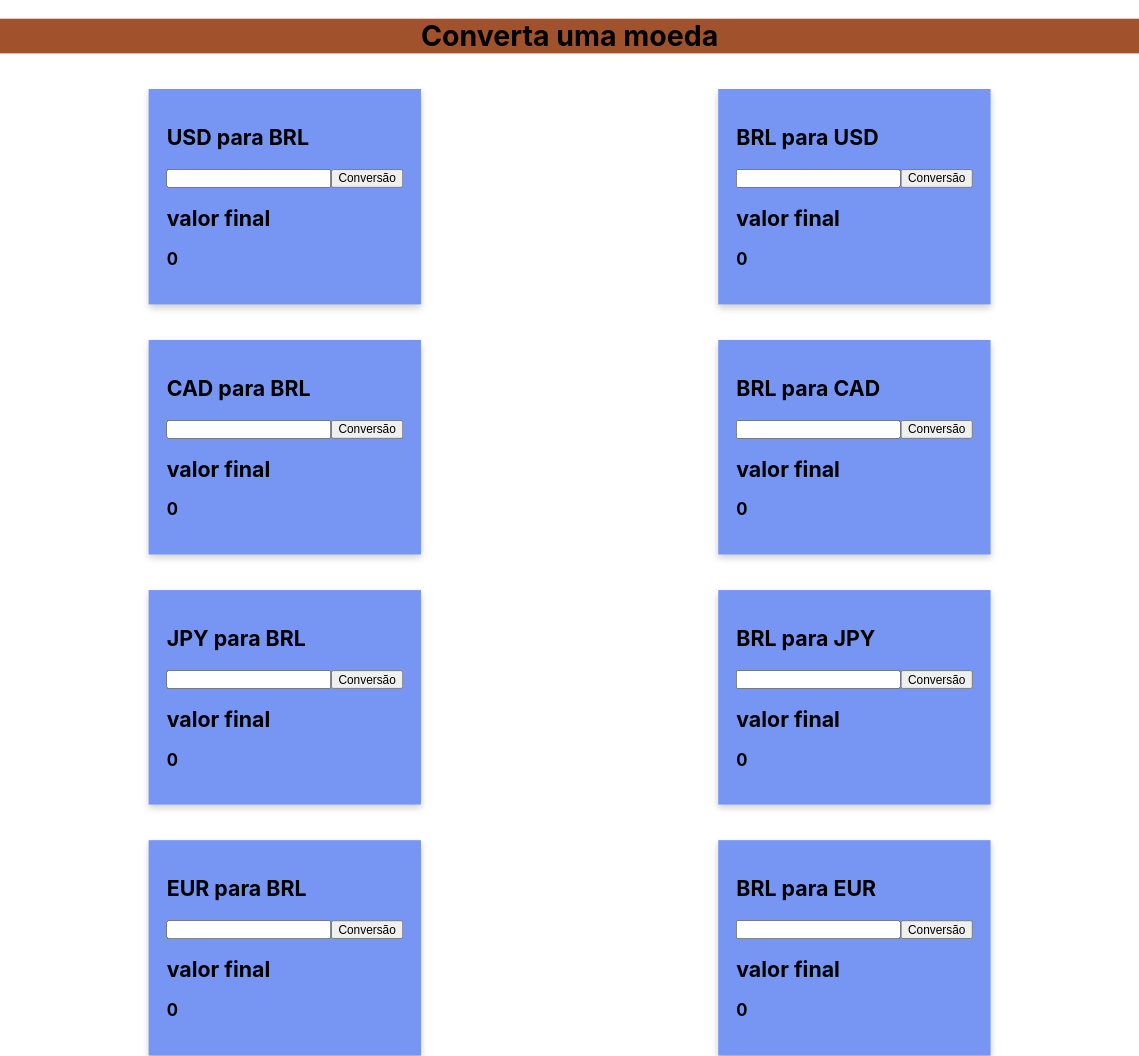
Repository: DeanLemosXD/Currency-converter
Page: /
These files come from the project's save history. The page is drawn as it stood at one moment and after the next save; the edit follows.
The browser window is 1280 px wide. The pictures show the whole page, at 89% of full size.
The project was rebuilt for these pictures with package versions that can differ from the ones it lists, and the page was loaded fresh each time.

Above is the page before, as saved 2021-10-19 18:23:24.

After the next save:
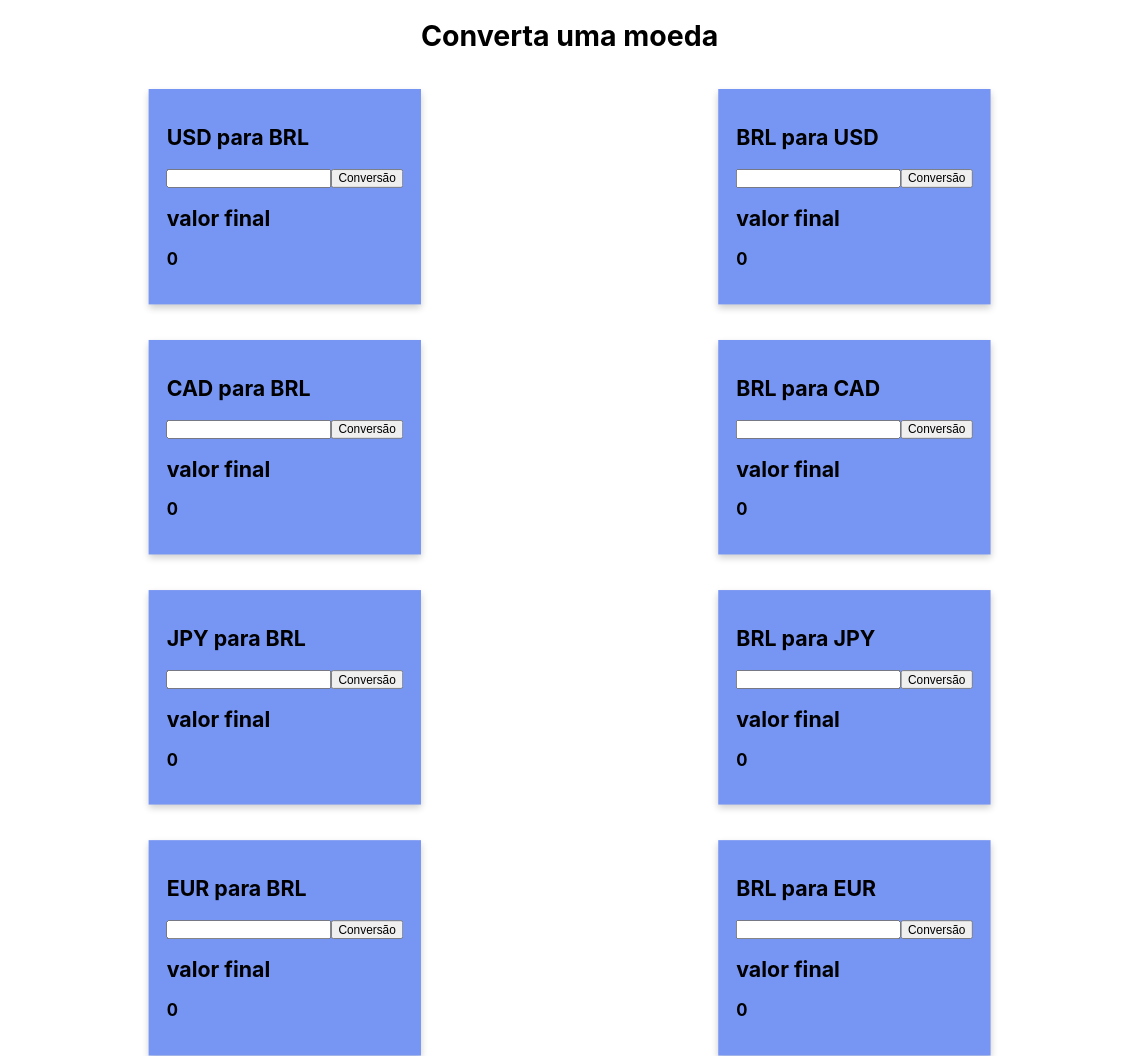
Saved 6 s later.
--- a/src/App.css
+++ b/src/App.css
@@ -8,7 +8,6 @@
 h1{
 
     text-align: center;
-    background-color: sienna;
 }
 
 .app{
